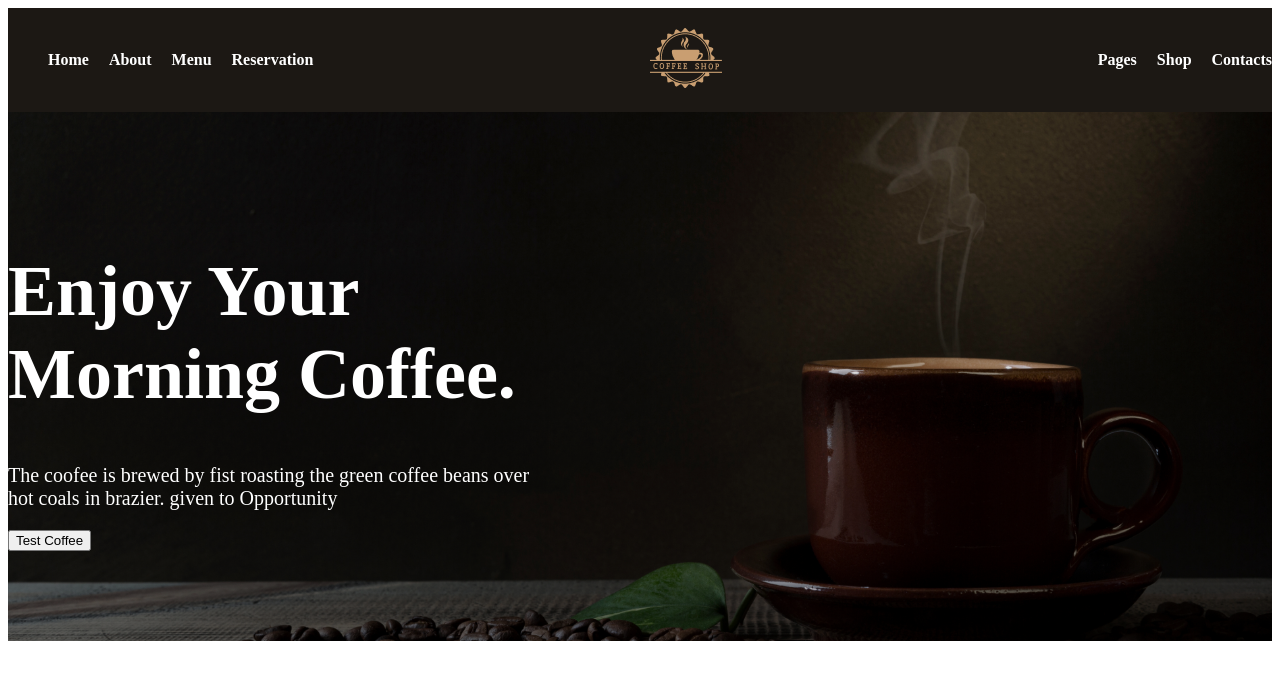
Repository: SitoraRashidova/CoffeShop_Figma
Page: /
These files come from the project's save history. The page is drawn as it stood at one moment and after a run of saves; the edit follows.
The browser window is 1280 px wide. The pictures show the whole page.
The project was rebuilt for these pictures with package versions that can differ from the ones it lists, and the page was loaded fresh each time. Also part of the build but not shown: vite.config.js.

Above is the page before, as saved 2024-11-24 23:01:25.

### src/index.css
/* :root {
  font-family: Inter, system-ui, Avenir, Helvetica, Arial, sans-serif;
  line-height: 1.5;
  font-weight: 400;

  color-scheme: light dark;
  color: rgba(255, 255, 255, 0.87);
  background-color: #242424;

  font-synthesis: none;
  text-rendering: optimizeLegibility;
  -webkit-font-smoothing: antialiased;
  -moz-osx-font-smoothing: grayscale;
} */

*{
  box-sizing: border-box;
}

.container {
  width: 100%;
  max-width: 1296px;
  margin: 0 auto;
}

/* Header uchun style */

.header{
  background-color: #1C1814;
  padding: 20px 0;
}

.header-wrapper{
  display: flex;
  align-items: center;
  justify-content: space-between;
}

.nav-list{
  display: flex;
  align-items: center;
  justify-content: space-between;
  gap: 20px;
}

.nav-list__item{
  list-style: none;
}

.nav-list__item-link{
  color: white;
  text-decoration: none;
  font-weight: 600;
}

/* Hero uchun style */

.hero{
  width: 100%;
  height: auto;
  background-image: url('./assets/hero-logo.png');
  background-size: cover;
  background-repeat: no-repeat;
}

.hero-content{
  width: 100%;
  max-width: 529px;
  padding: 90px 0;
}

.hero-content__title{
  font-size: 72px;
  color: #fff;
}

.hero-content__desc{
  font-size: 20px;
  color: #fff;
}

.hero-btn{
  background-color: ;
}

### src/App.jsx
import './App.css'
import Header from './components/header'
import Hero from './components/hero'

function App() {

  return (
    <>
     <Header />
     <Hero />
    </>
  )
}

export default App

### src/App.css
*{
  box-sizing: border-box;
}

/* Header uchun style */

.container {
  width: 100%;
  max-width: 1296px;
  margin: 0 auto;
}

### src/components/header.jsx
import Logo from "../assets/Logo.png";

const Header = () => {
  return (
    <header className="header">
      <div className="container">
        <div className="header-wrapper">
          <nav>
            <ul className="nav-list">
              <li className="nav-list__item">
                <a className="nav-list__item-link" href="/home">
                  Home
                </a>
              </li>
              <li className="nav-list__item">
                <a className="nav-list__item-link" href="/about">
                  About
                </a>
              </li>
              <li className="nav-list__item">
                <a className="nav-list__item-link" href="/menu">
                  Menu
                </a>
              </li>
              <li className="nav-list__item">
                <a className="nav-list__item-link" href="/Reservation">
                  Reservation
                </a>
              </li>
            </ul>
          </nav>
          <div>
            <img src={Logo} alt="web site logo" />
          </div>
          <nav>
            <ul className="nav-list">
              <li className="nav-list__item">
                <a className="nav-list__item-link" href="/home">
                  Pages
                </a>
              </li>
              <li className="nav-list__item">
                <a className="nav-list__item-link" href="/about">
                  Shop
                </a>
              </li>
              <li className="nav-list__item">
                <a className="nav-list__item-link" href="/menu">
                  Contacts
                </a>
              </li>
            </ul>
          </nav>
        </div>
      </div>
    </header>
  );
};

export default Header;

### src/components/hero.jsx


const Hero = () => {
  return (
    <div className="hero">
        <div className="container">
           <div className="hero-content">
            <h1 className="hero-content__title">Enjoy Your
            Morning Coffee.</h1>
            <p className="hero-content__desc">The coofee is brewed by fist roasting the green coffee beans over hot coals in brazier. given to Opportunity</p>
            <button className="hero-btn">Test Coffee</button>
           </div>
        </div>
    </div>
  )
}

export default Hero

Loaded but not shown: index.html (common file); src/main.jsx (common file)

After the next 2 saves:
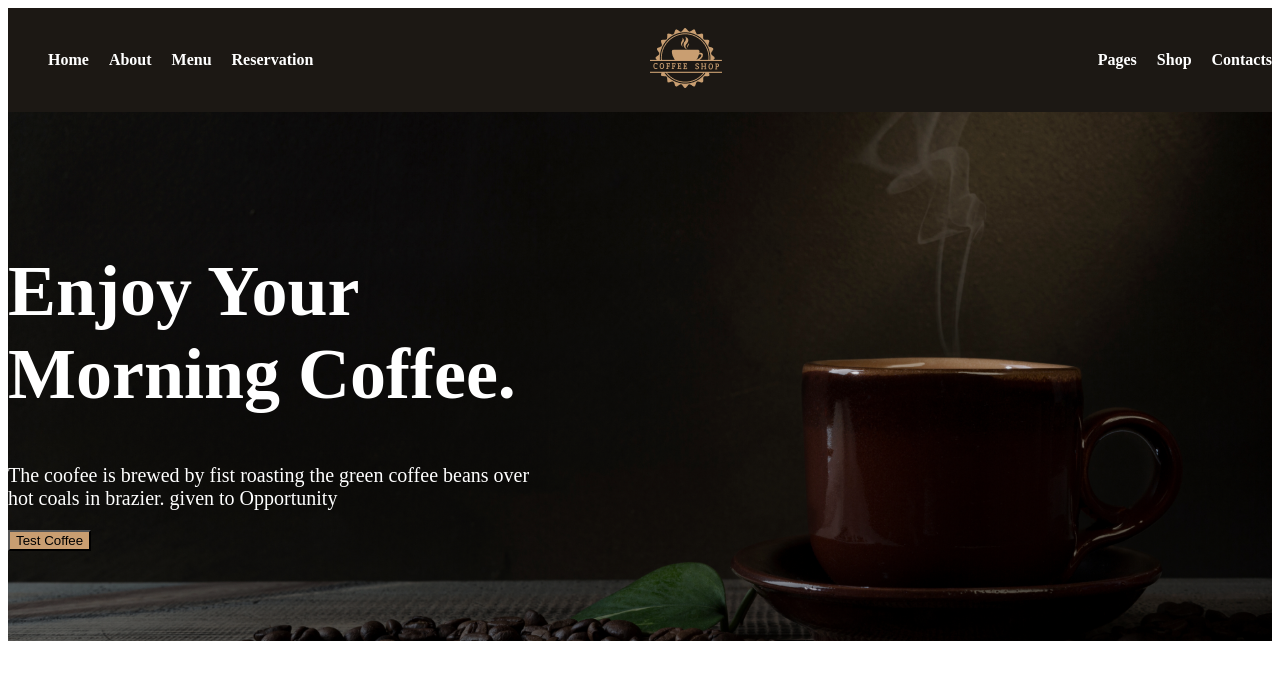
The 2 saves are shown as one change because they came seconds apart.
The last was saved 8 s later.
--- a/src/index.css
+++ b/src/index.css
@@ -80,5 +80,6 @@
 }
 
 .hero-btn{
-  background-color: ;
+  background-color: #C99E71;
+  text
 }
